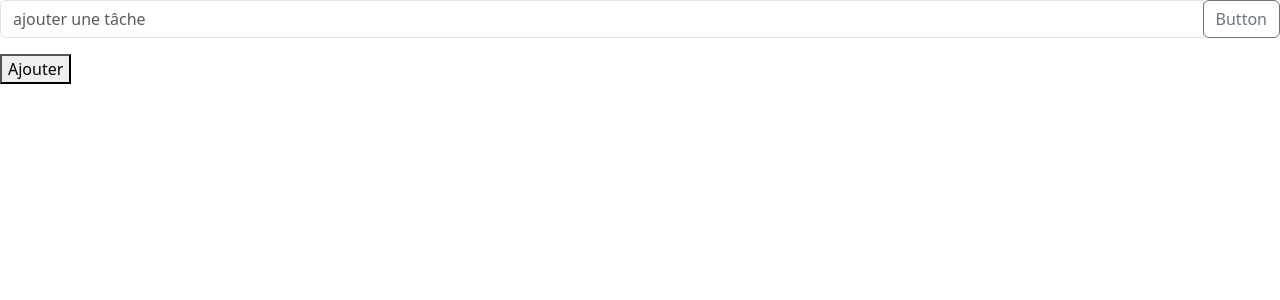
Repository: Coumba25040/coumbaProjet
Page: exoGPT/EXO/miniProjetDom.html
These files come from the project's save history. The page is drawn as it stood at one moment and after the next save; the edit follows.
The browser window is 1280 px wide. The pictures show the whole page.

Above is the page before, as saved 2025-07-07 09:39:25.

### exoGPT/EXO/miniProjetDom.html
<!DOCTYPE html>
<html lang="en">
<head>
    <meta charset="UTF-8">
    <meta name="viewport" content="width=device-width, initial-scale=1.0">
    <title>Document</title>
    <link href="https://cdn.jsdelivr.net/npm/bootstrap@5.3.7/dist/css/bootstrap.min.css" rel="stylesheet" integrity="sha384-LN+7fdVzj6u52u30Kp6M/trliBMCMKTyK833zpbD+pXdCLuTusPj697FH4R/5mcr" crossorigin="anonymous">
</head>
<body>
    <div class="input-group mb-3">
        <input type="text" id="input" class="form-control" placeholder="ajouter une tâche" aria-label="Recipient's username" aria-describedby="button-addon2">
        <div class="input-group-append">
          <button class="btn btn-outline-secondary" type="button" id="button-addon2">Button</button>
        </div>
      </div>
    <button id="ajouter">Ajouter</button>
    <div id="containerTâche">
        <ul class="list-group" id="liste">

        </ul>
    </div>
    <script src="miniProjetDom.js"></script>
</body>
</html>

### exoGPT/EXO/miniProjetDom.js
let input = document.getElementById("input")
let containerTâche = document.getElementById("containerTâche")
let btnAjouter = document.getElementById("ajouter")
let liste = document.getElementById("liste")



btnAjouter.addEventListener('click', (e) => {

afficherTache()

})

function afficherTache() {

     const li =  document.createElement('li').classList.add("list-group-item")
     const p = document.createElement('p').classList.add()
     p.textContent =  input.value

     const btnSupprimer = document.createElement('button')
     btnSupprimer.textContent = "Supprimer"

     btnSupprimer.addEventListener('click', (e) => {
        li.remove()
     })

     liste.appendChild(li)
     li.appendChild(p)
     li.appendChild(btnSupprimer)

     input.value = " "
}

After the next save:
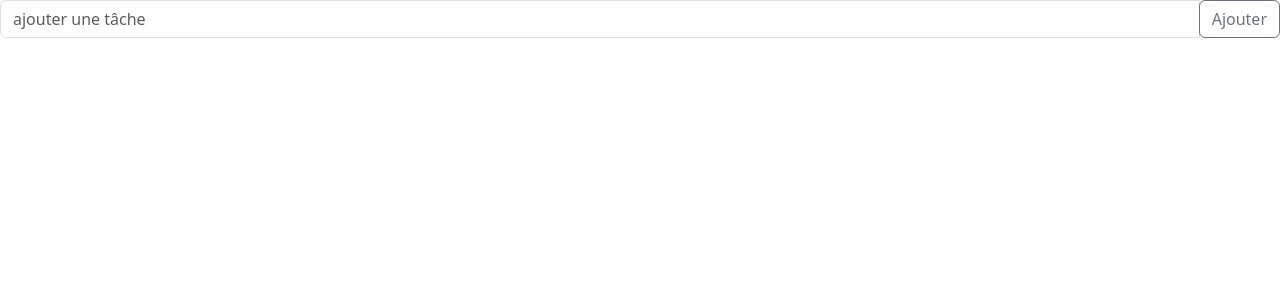
Saved 40 s later.
--- a/exoGPT/EXO/miniProjetDom.html
+++ b/exoGPT/EXO/miniProjetDom.html
@@ -10,10 +10,9 @@
     <div class="input-group mb-3">
         <input type="text" id="input" class="form-control" placeholder="ajouter une tâche" aria-label="Recipient's username" aria-describedby="button-addon2">
         <div class="input-group-append">
-          <button class="btn btn-outline-secondary" type="button" id="button-addon2">Button</button>
+          <button id="ajouter" class="btn btn-outline-secondary" type="button" id="button-addon2">Ajouter</button>
         </div>
       </div>
-    <button id="ajouter">Ajouter</button>
     <div id="containerTâche">
         <ul class="list-group" id="liste">
 
